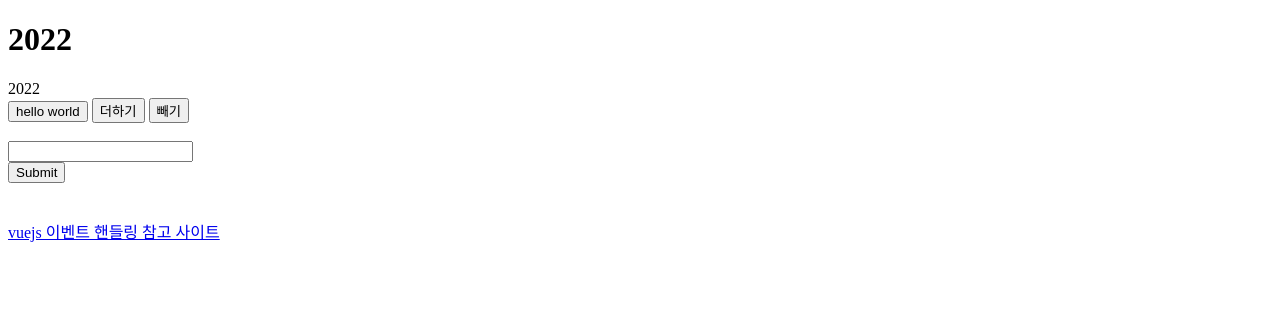
Repository: RyuGeunHwan/code_J
Page: Vuejs/22-08-09 vuejs 양방향 바인딩.html
The author's editor kept a copy of each file at every save. The page is drawn from the files as they stood at one save, then again after the next save.
The browser window is 1280 px wide. The pictures show the whole page.

Above is the page before, as saved 2022-08-09 15:05:58.

After the next save:
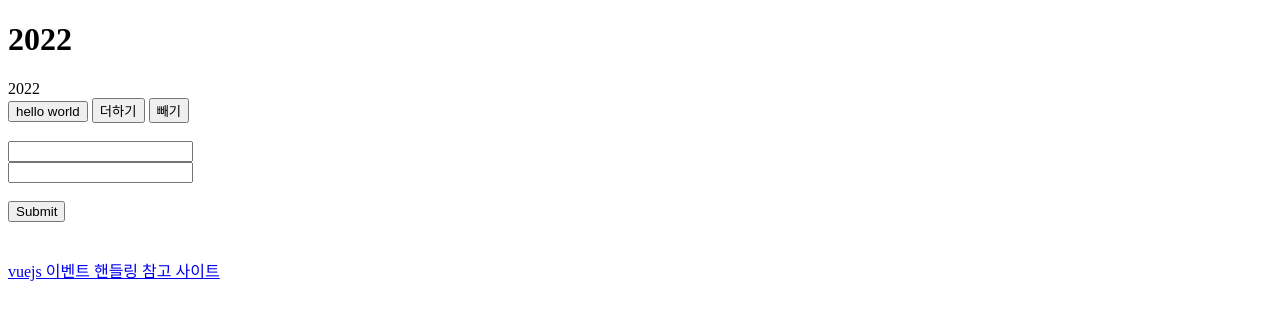
Saved 2 min 3 s later.
--- a/Vuejs/22-08-09 vuejs 양방향 바인딩.html
+++ b/Vuejs/22-08-09 vuejs 양방향 바인딩.html
@@ -33,13 +33,15 @@
         <!-- .prevent  =>  이벤트 수식어로써 제출 이벤트가 페이지를 리로드하지 않습니다. -->
         <form v-on:submit.prevent="submit">
             <input :type="type"><br>
+            <!-- inputbox 미리보기 -->
+            <input :type="type"><br>
+            {{text}} <br>
             <button type="submit">Submit</button>
         </form>
         <br>
         </br>
         <!-- vuejs함수 확인, a태그를 link+file을 합쳐줬다. -->
         <a :href="vuejs('events.html')">vuejs 이벤트 핸들링 참고 사이트</a>
-
     </div>
 
 
